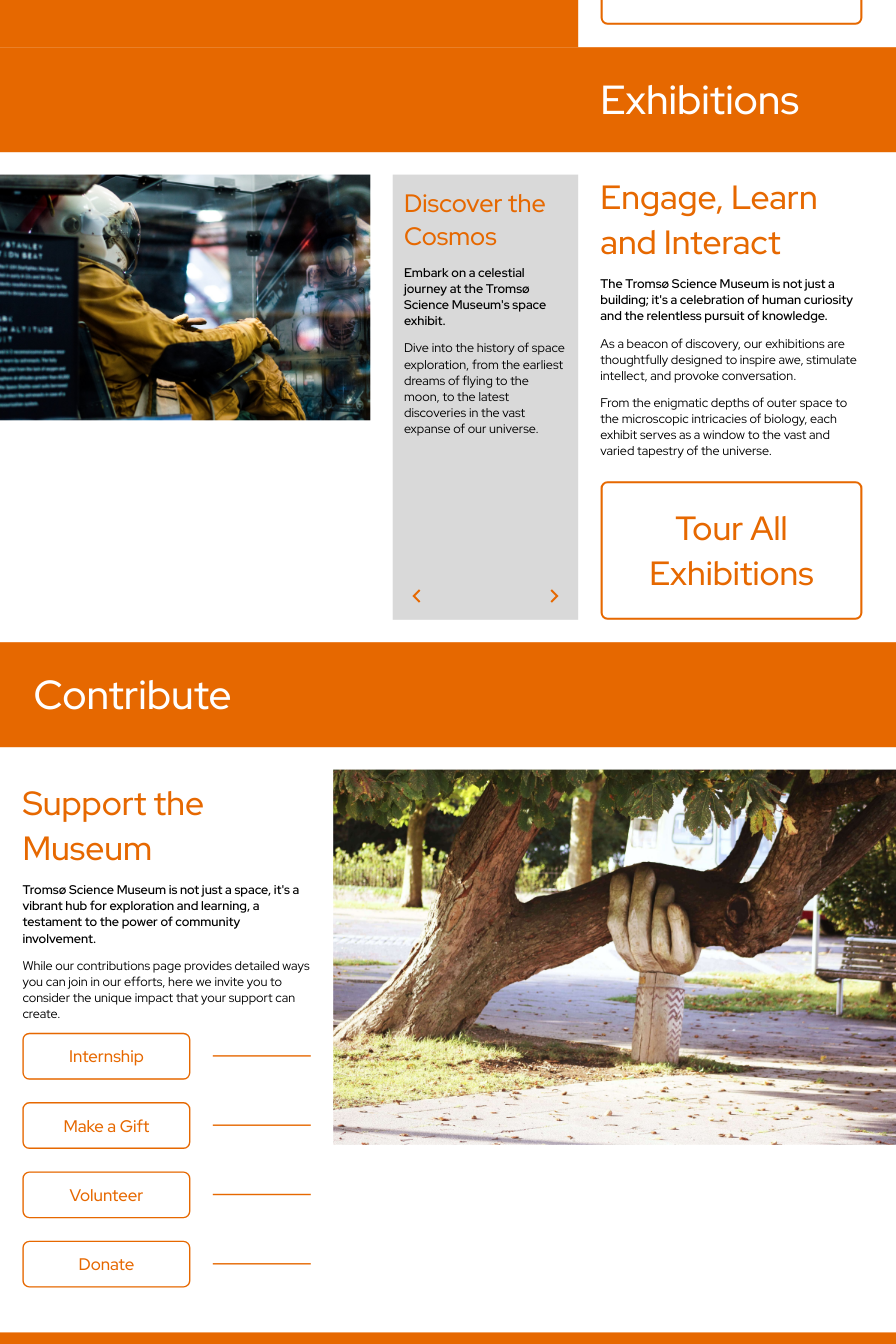
Repository: benjaminskarding/Semester-Project
Page: index.html
These files come from the project's save history. The page is drawn as it stood at one moment and after the next save; the edit follows.
The browser window is 1280 px wide. The pictures show the part of the page from y = 3248 to 5168 px (the page is 5931 px tall before and 5711 px after), at 70% of full size.

Above is the page before, as saved 2023-12-19 03:50:48.

After the next save:
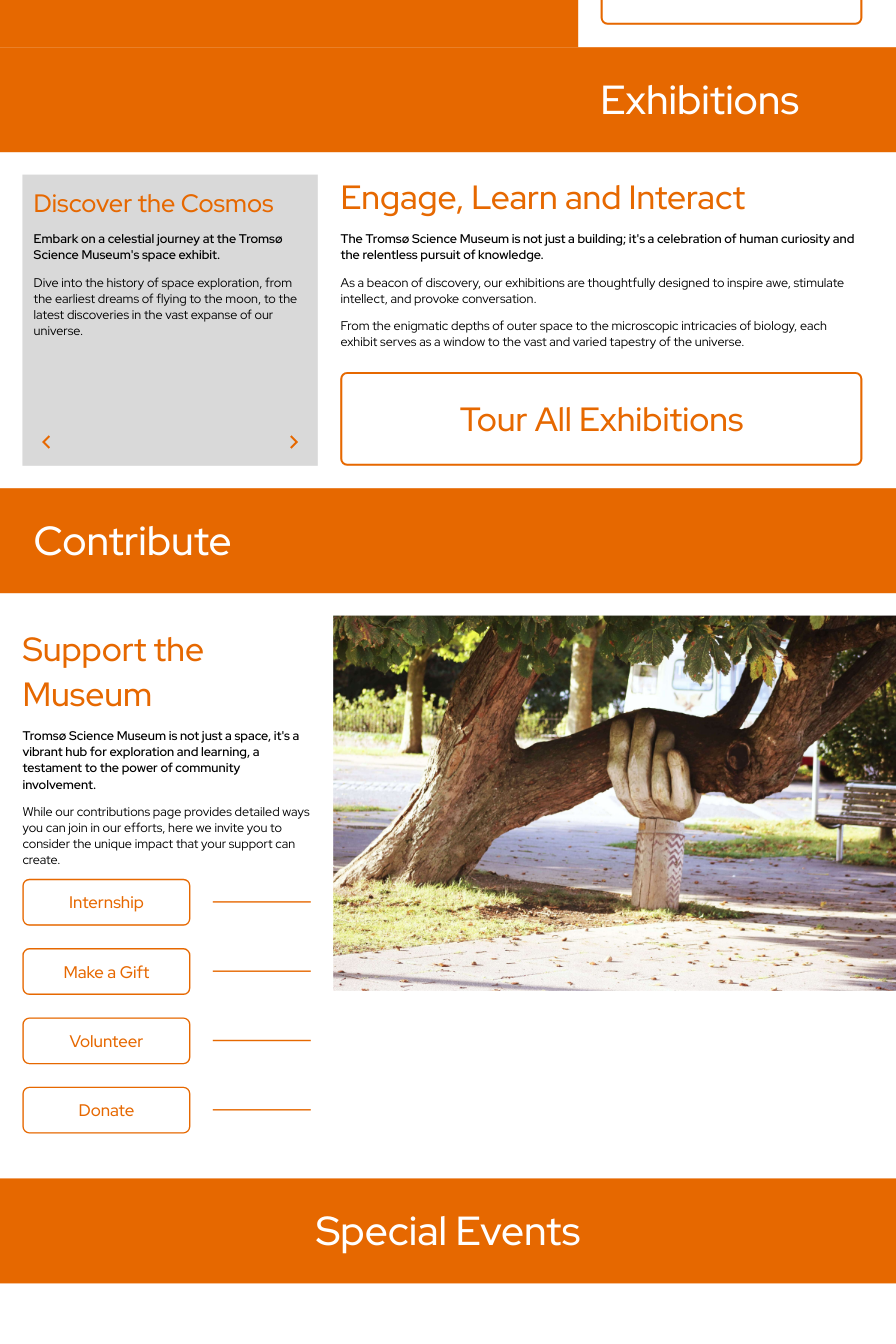
Saved 4 min 35 s later.
--- a/src/css/index.css
+++ b/src/css/index.css
@@ -275,7 +275,7 @@ h4 {
 
 .grid3 {
     display: grid;
-    grid-template-columns: 2fr 1fr 33%;
+    grid-template-columns: 2fr  33%;
     grid-template-rows: auto;
     grid-gap: 2rem;
     margin: 2rem 0 2rem 0;
